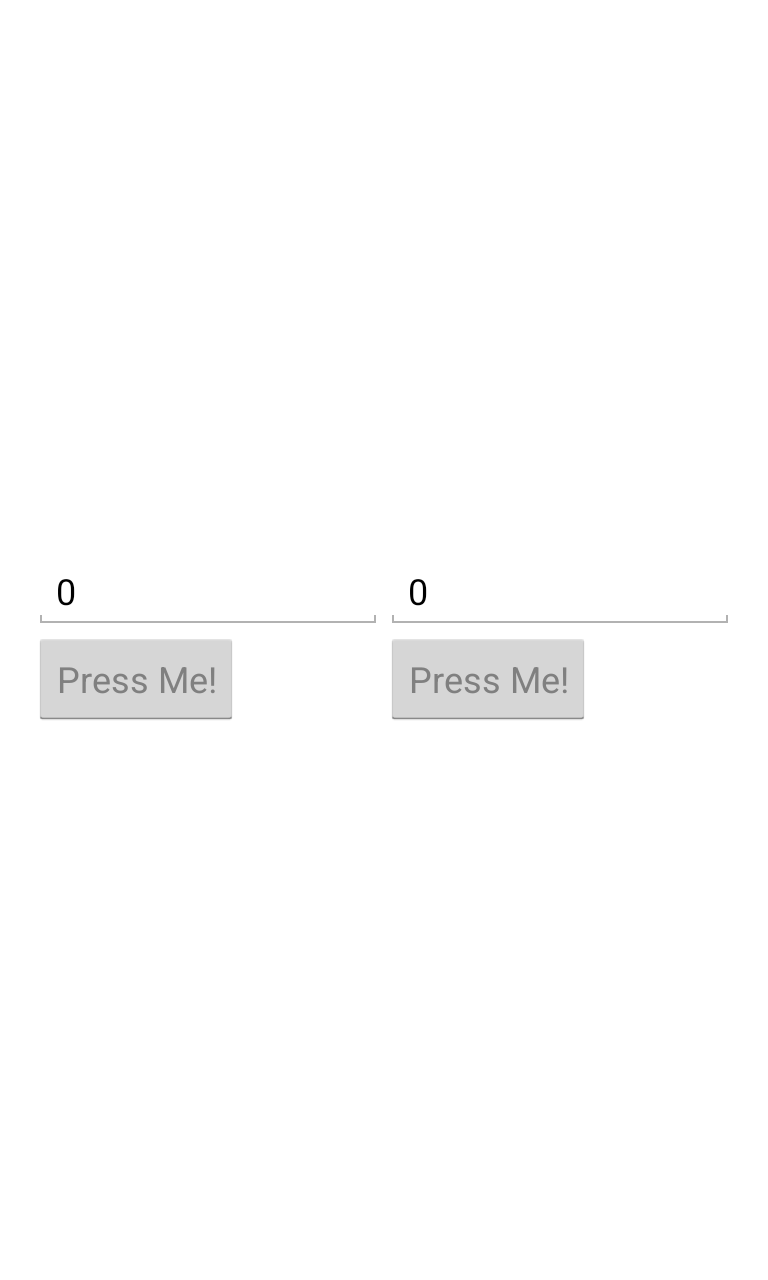
Repository: radupoenaru1992/Model
Layout: PracticalTest01/res/layout/activity_practical_test01_main.xml
An editor plug-in stored every save of this project. The layout is shown before and after the next save, followed by the edit.
It is drawn on a 768 x 1280 px phone screen (xhdpi) without system bars, with theme AppTheme; the app's code is not run.

Above is the layout before, as saved 2015-03-29 17:06:47.

After the next save:
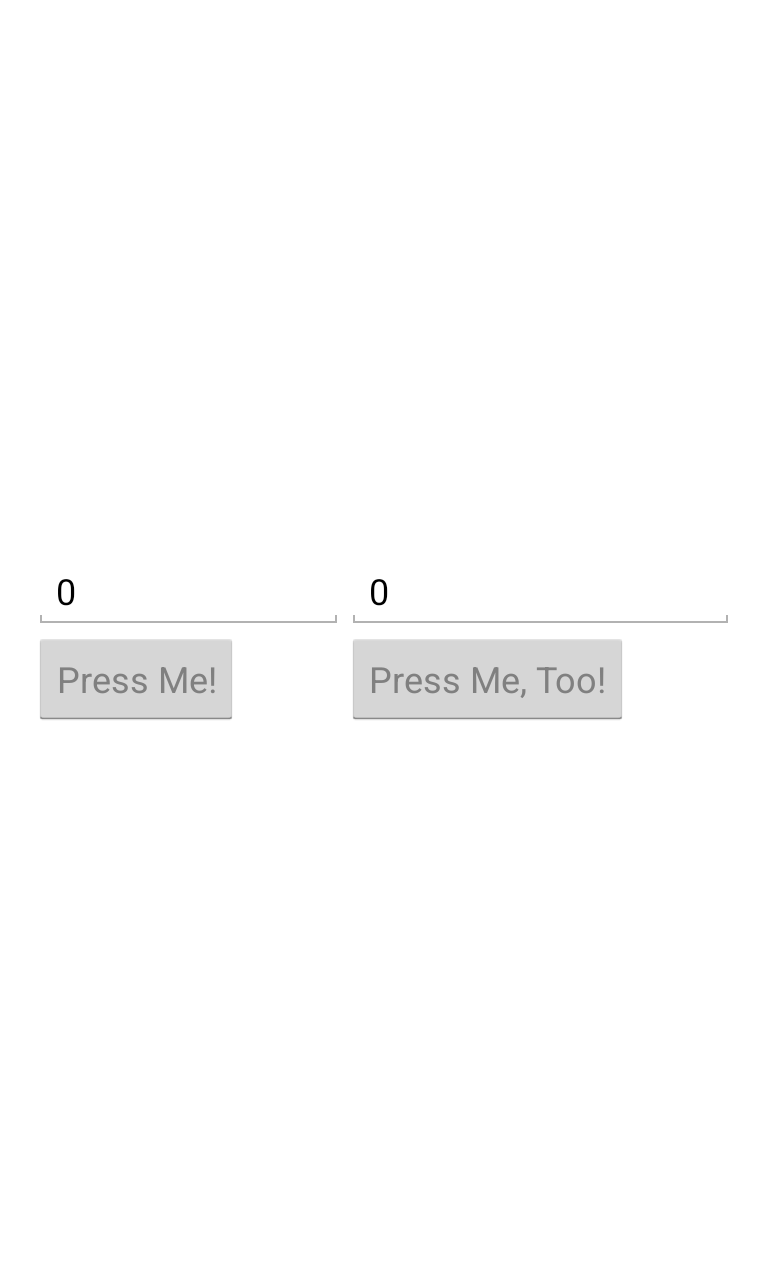
Saved 8 s later.
--- a/PracticalTest01/res/layout/activity_practical_test01_main.xml
+++ b/PracticalTest01/res/layout/activity_practical_test01_main.xml
@@ -55,7 +55,7 @@
             android:layout_width="wrap_content"
             android:layout_height="wrap_content"
             android:id="@+id/bDr"
-            android:hint="Press Me!"
+            android:hint="Press Me, Too!"
             android:gravity="center"/>
 
     </LinearLayout>
